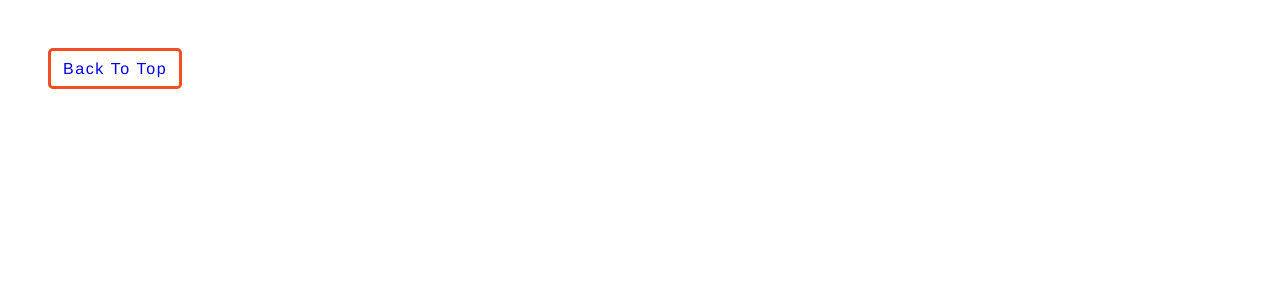
Repository: Ndifoinhilary/css_grid
Page: css-grid-learn/hero.html
The author's editor kept a copy of each file at every save. The page is drawn from the files as they stood at one save, then again after the next save.
The browser window is 1280 px wide. The pictures show the whole page.

Above is the page before, as saved 2024-01-28 16:04:46.

After the next save:
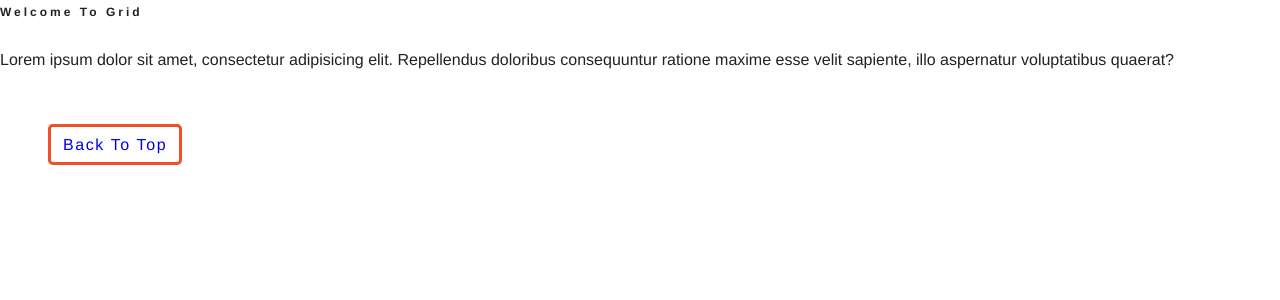
Saved 14 min 22 s later.
--- a/css-grid-learn/hero.html
+++ b/css-grid-learn/hero.html
@@ -9,7 +9,14 @@
 </head>
 <body>
 
-
+  <header class="hero-header">
+    <div class="hero-banner">
+        <h1>welcome to grid </h1>
+        <p>
+            Lorem ipsum dolor sit amet, consectetur adipisicing elit. Repellendus doloribus consequuntur ratione maxime esse velit sapiente, illo aspernatur voluptatibus quaerat?
+        </p>
+    </div>
+  </header>
 
    <a href="index.html" class="btn">back to top</a>
 </body>
--- a/css-grid-learn/main.css
+++ b/css-grid-learn/main.css
@@ -63,8 +63,8 @@ h1{
     font-size: 0.75rem;
 }
 p{
-    font-weight: 300px;
-    font-size: 0.6rem;
+    font-weight: 400px;
+    font-size: 1rem;
     line-height: 2;
 }
 
